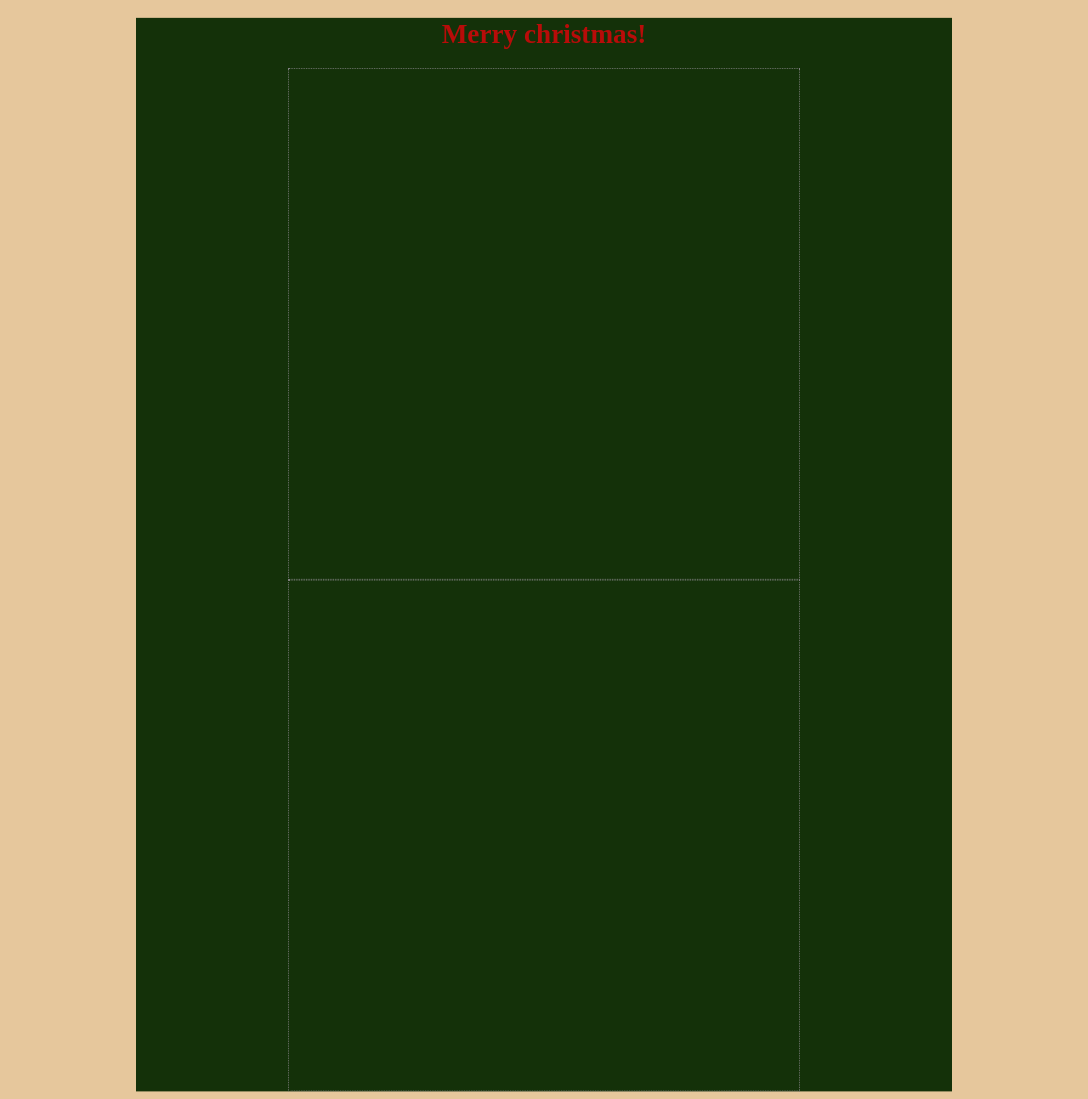
Repository: Angamanga/1dv403-laborationer
Page: 3-gameon/memory/index.html
The author's editor kept a record of every edit. The page is drawn from the files as they stood at one moment, then again after the next edit.
The browser window is 1280 px wide. The pictures show the whole page, at 85% of full size.
Some web fonts or font styles are not loaded; a fallback is used.

Above is the page before.
Console error: SyntaxError: Unexpected token '.'

After the next edit:
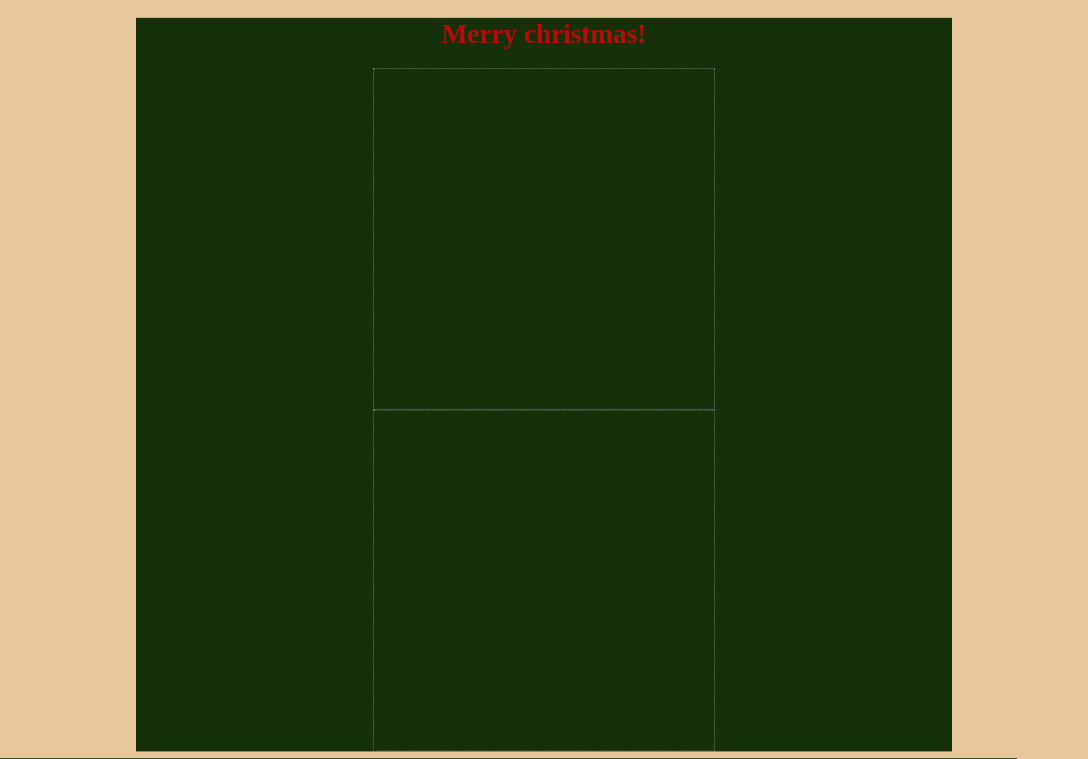
The edit:
--- a/3-gameon/memory/css/style.css
+++ b/3-gameon/memory/css/style.css
@@ -12,8 +12,8 @@
     text-align:center;
 }
 #game1, #game2{
-    width:600px;
-    height:600px;
+    width:400px;
+    height:400px;
     margin:0 auto;
     border: 1px dotted grey;
 }
